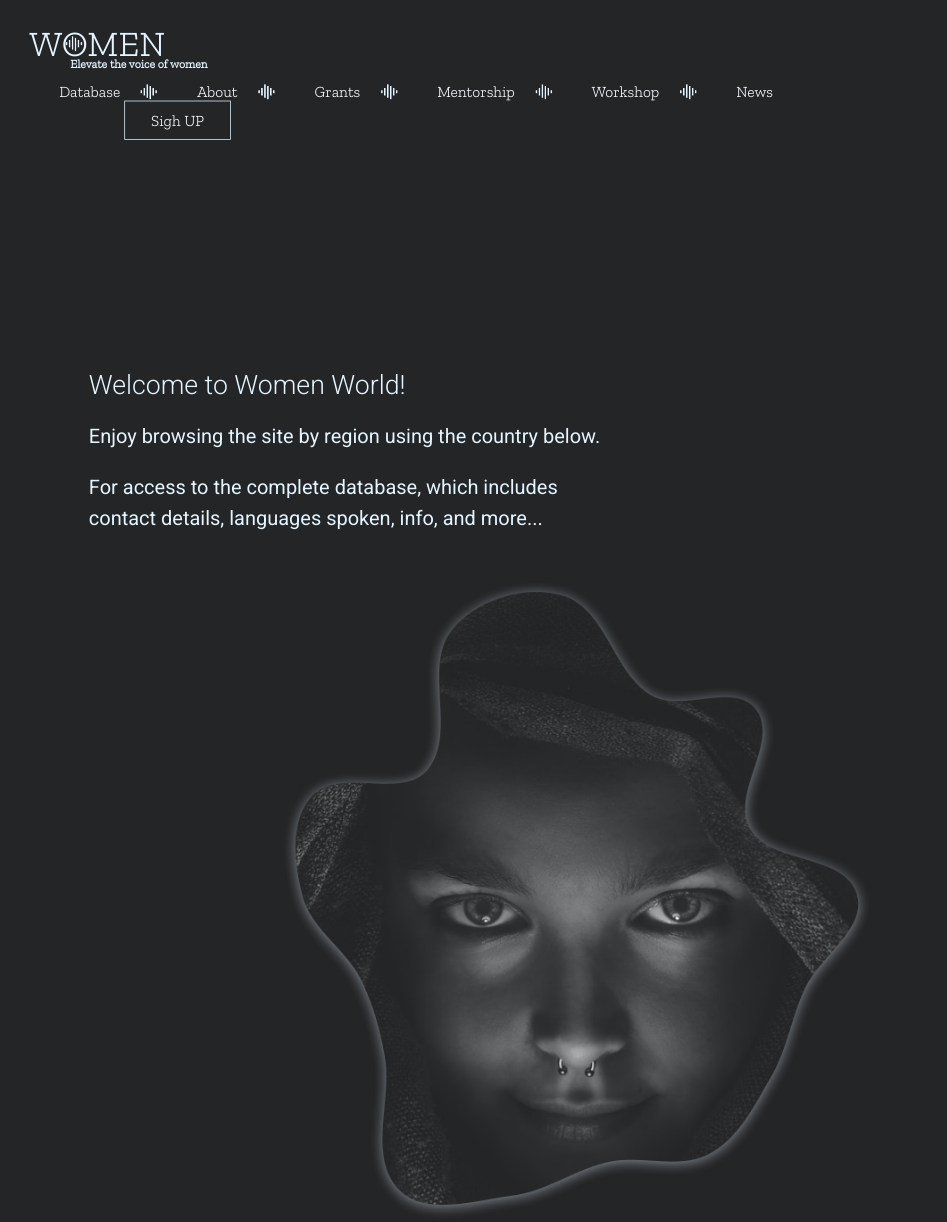
Repository: AndreyMykulych/user_home_work_Mykulych
Page: 5/index.html
These files come from the project's save history. The page is drawn as it stood at one moment and after the next save; the edit follows.
The browser window is 1280 px wide. The pictures show the whole page, at 74% of full size.

Above is the page before, as saved 2023-03-04 21:14:34.

After the next save:
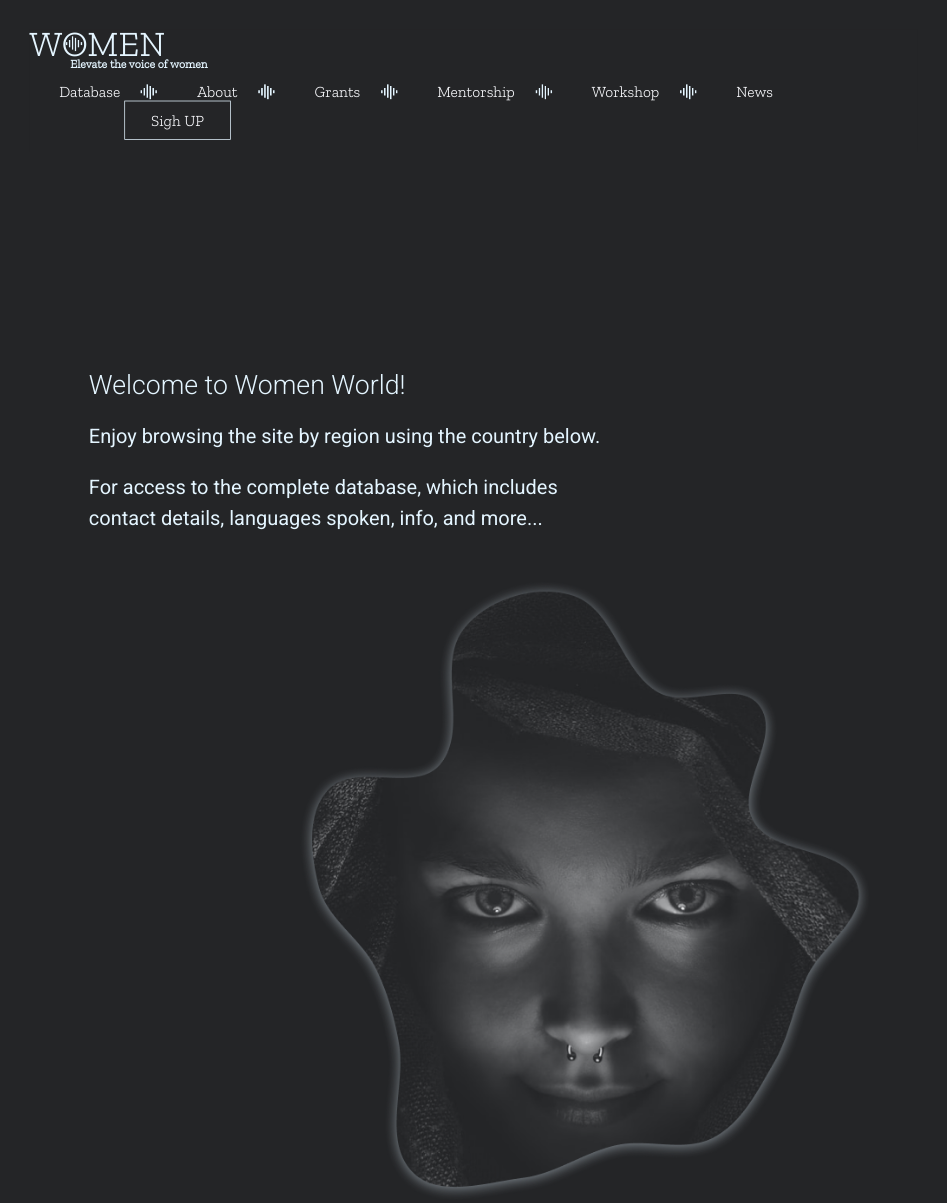
Saved 9 s later.
--- a/5/style/index.css
+++ b/5/style/index.css
@@ -141,7 +141,7 @@ font-family: 'Zilla Slab', serif;
     display: inline-block;
     margin-top: 35px;
     float: right;
-    width: 800px;
+    width: 777px;
     height: auto;
     margin-right: 60px;
     margin-left: 50px;
